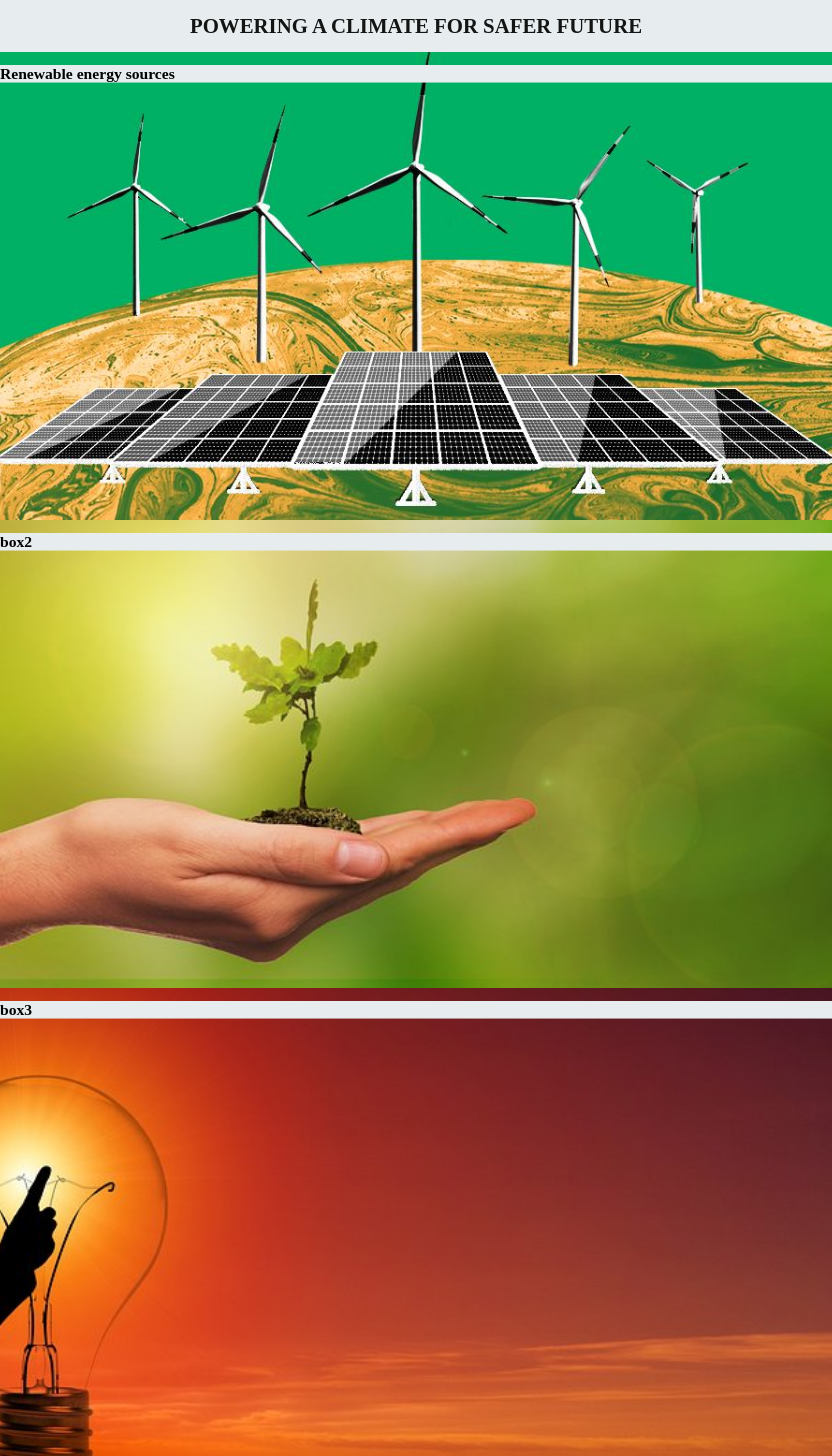
Repository: NavinDayanithi/static-web-design-competition
Page: index.html
These files come from the project's save history. The page is drawn as it stood at one moment and after the next save; the edit follows.
The browser window is 1280 px wide. The pictures show the whole page, at 65% of full size.
Backgrounds fixed to the window are drawn as part of the page.

Above is the page before, as saved 2023-04-28 19:48:07.

After the next save:
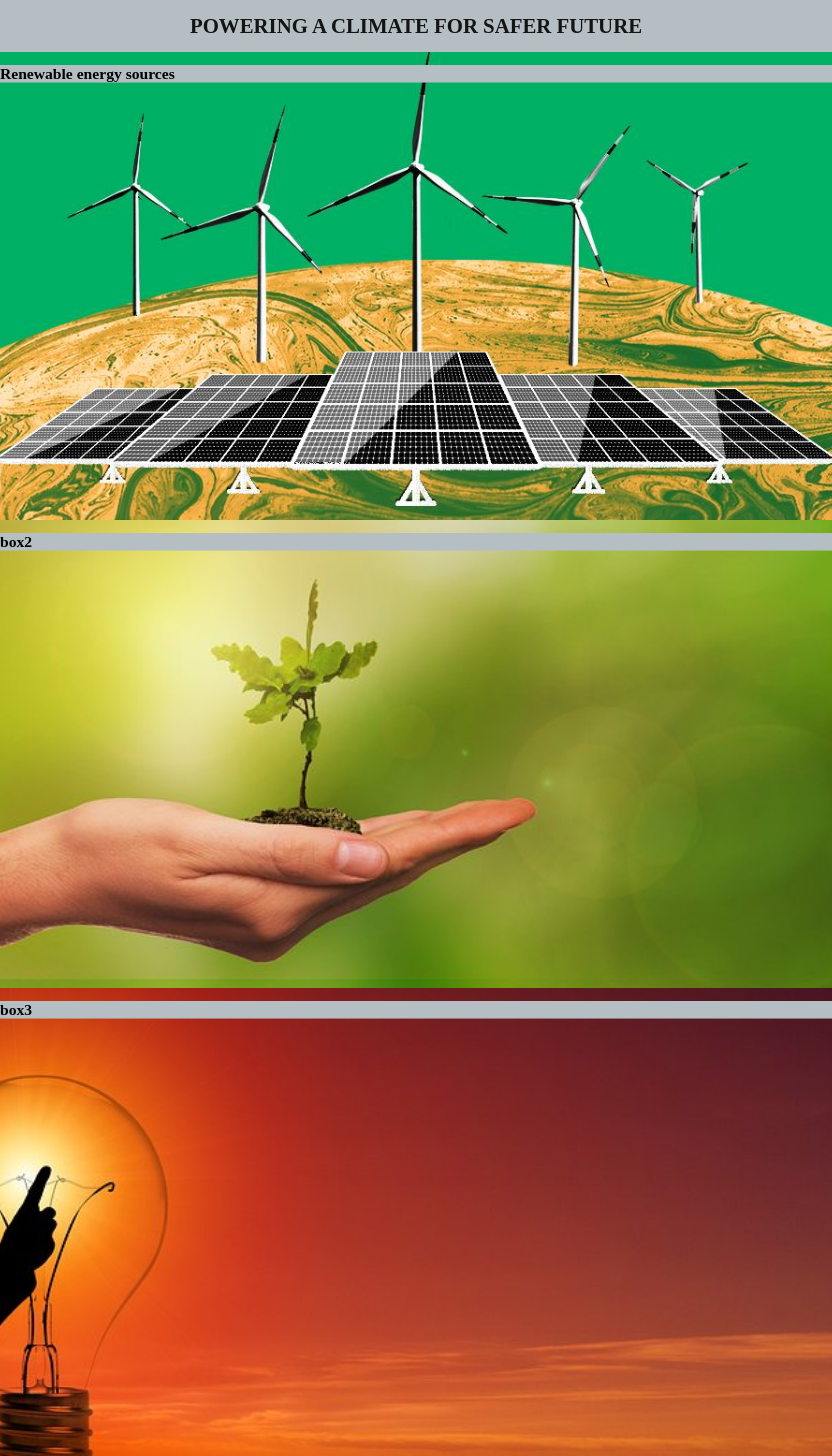
Saved 16 s later.
--- a/styles.css
+++ b/styles.css
@@ -1,5 +1,5 @@
 *{
-    background-color: rgb(231, 237, 239);
+    background-color: rgb(181, 191, 195);
 }
 h1
 {
